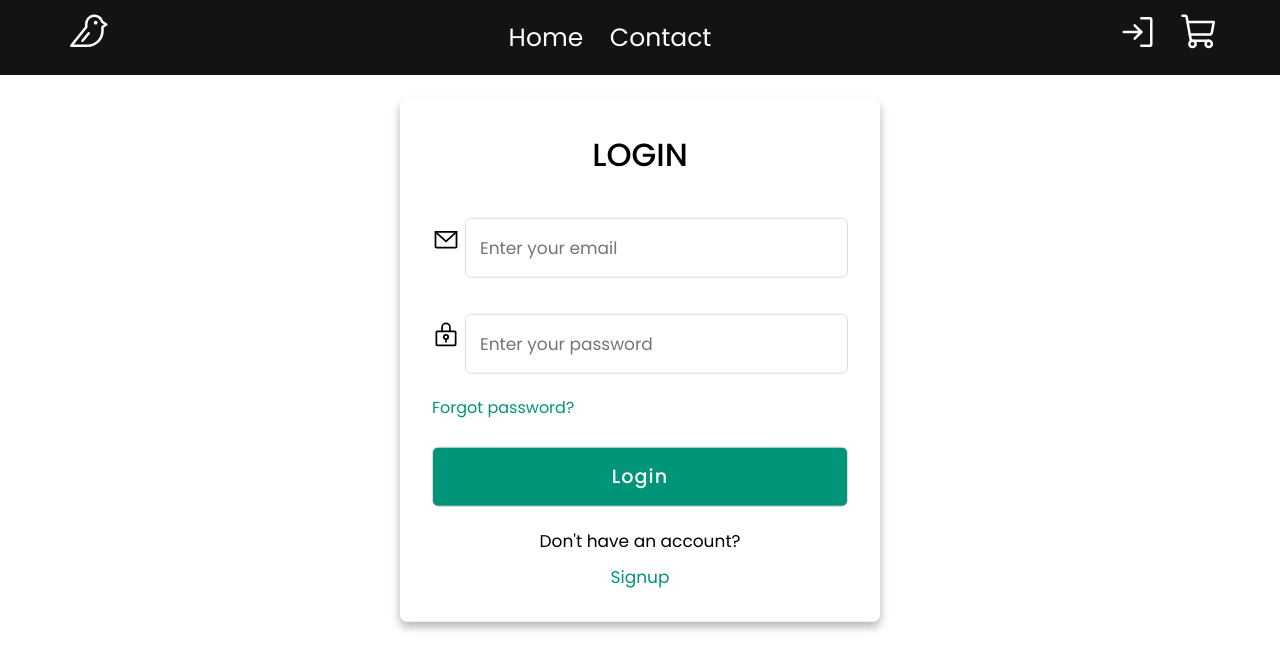
Repository: hoangdanh2/swp301
Page: /register
An editor plug-in stored every save of this project. The page is shown before and after the next save, followed by the edit.
The browser window is 1280 px wide. The pictures show the whole page.
The project was rebuilt for these pictures with package versions that can differ from the ones it lists, and the page was loaded fresh each time. Also part of the build but not shown: src/pages/shop/product.jsx, src/pages/shop/shop.css, src/pages/shop/shop.jsx, src/pages/contact/contact.jsx, src/pages/cart/cart-item.jsx, src/pages/cart/cart.css, src/pages/cart/cart.jsx.

Above is the page before, as saved 2023-05-29 13:00:50.

After the next save:
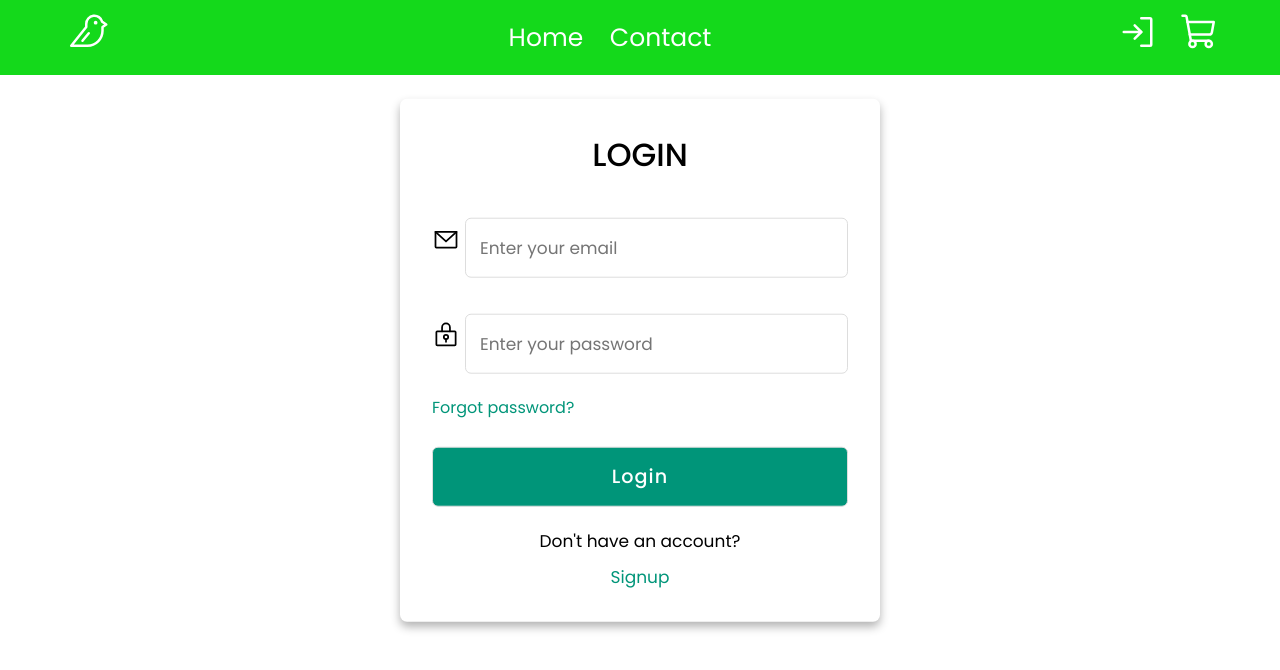
Saved 41 s later.
--- a/src/components/navbar.css
+++ b/src/components/navbar.css
@@ -1,7 +1,7 @@
 .navbar {
     width: 100%;
     height: 75px;
-    background-color: rgb(19, 19, 19);
+    background-color: rgb(20, 217, 27);
     display: flex;
     justify-content: center;
     align-items: center;
